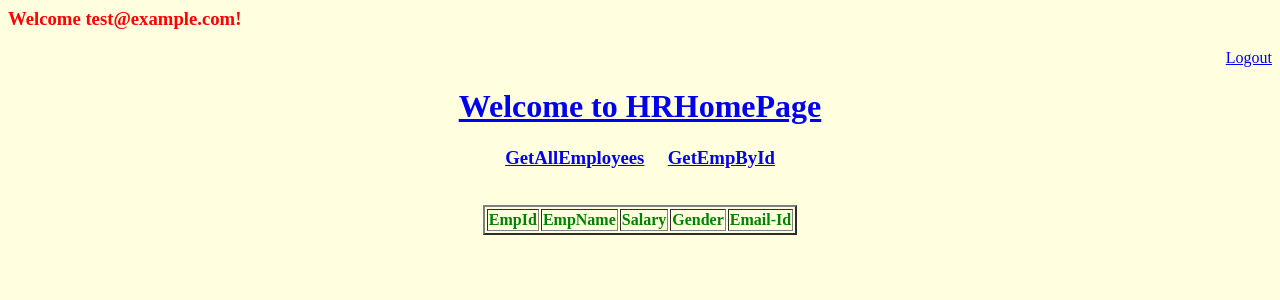
Repository: rajeshyadav3/Advjava
Page: http://localhost/EmpWebApp/GetAllEmps
An editor plug-in stored every save of this project. The page is shown before and after the next save, followed by the edit.
The browser window is 1280 px wide. The pictures show the whole page.
The page is served by Tomcat 9. The session is filled in as if someone had signed in: {"emailId": "test@example.com", "emp": 1}. Other server files are loaded and not shown. Queries for data that is not in the repository find no rows.

Above is the page before, as saved 2024-01-08 11:43:26.

### workspace2/EmpWebApp/src/com/web/GetAllEmps.java
package com.web;

import java.io.IOException;
import java.io.PrintWriter;
import java.util.List;

import javax.servlet.RequestDispatcher;
import javax.servlet.ServletException;
import javax.servlet.annotation.WebServlet;
import javax.servlet.http.HttpServlet;
import javax.servlet.http.HttpServletRequest;
import javax.servlet.http.HttpServletResponse;

import com.dao.EmployeeDAO;
import com.dto.Employee;


@WebServlet("/GetAllEmps")
public class GetAllEmps extends HttpServlet {

	protected void doGet(HttpServletRequest request, HttpServletResponse response) throws ServletException, IOException {

		response.setContentType("text/html");
		PrintWriter out = response.getWriter();

		EmployeeDAO empDao = new EmployeeDAO();
		List<Employee> empList = empDao.getAllEmployees();

		RequestDispatcher rd = request.getRequestDispatcher("HRHomePage");
		rd.include(request, response);

		out.println("<center>");

		if (empList != null) {

			out.println("<table border=2>");

			out.println("<tr>");
			out.println("<th>EmpId</th>");
			out.println("<th>EmpName</th>");
			out.println("<th>Salary</th>");
			out.println("<th>Gender</th>");
			out.println("<th>Email-Id</th>");
			out.println("</tr>");

			for (Employee emp : empList) {
				out.println("<tr>");
				out.println("<td>" + emp.getEmpId()   + "</td>");
				out.println("<td>" + emp.getEmpName() + "</td>");
				out.println("<td>" + emp.getSalary()  + "</td>");
				out.println("<td>" + emp.getGender()  + "</td>");
				out.println("<td>" + emp.getEmailId() + "</td>");
				out.println("</tr>");
			}

			out.println("</table>");

		} else {
			out.println("<h1 style='color:red;'>Unable to Fetch the Employee Record(s)!!!</h1>");
		}
		out.println("</center>");
	}






	protected void doPost(HttpServletRequest request, HttpServletResponse response) throws ServletException, IOException {

		doGet(request, response);
	}

}

### workspace2/EmpWebApp/src/com/dao/EmployeeDAO.java
package com.dao;

import java.sql.Connection;
import java.sql.PreparedStatement;
import java.sql.ResultSet;
import java.sql.SQLException;
import java.util.ArrayList;
import java.util.List;

import com.db.DbConnection;
import com.dto.Employee;

public class EmployeeDAO {

	public Employee empLogin(String emailId, String password) {
	    Connection con = DbConnection.getConnection();
	    PreparedStatement pst = null;
	    ResultSet rs = null;

	    String loginQuery = "SELECT * FROM emp WHERE emailId=? AND password=?";

	    try {
	        pst = con.prepareStatement(loginQuery);
	        pst.setString(1, emailId);
	        pst.setString(2, password);
	        rs = pst.executeQuery();

	        if (rs != null && rs.next()) {
	            Employee emp = new Employee();
	            emp.setEmpId(rs.getInt("empId"));
	            emp.setEmpName(rs.getString("empName"));
	            emp.setSalary(rs.getDouble("salary"));
	            emp.setGender(rs.getString("gender"));
	            emp.setEmailId(rs.getString("emailId"));
	            emp.setPassword(rs.getString("password"));
	            return emp;
	        }

	    } catch (SQLException e) {
	        e.printStackTrace();
	    } finally {
	        if (con != null) {
	            try {
	                if (rs != null) {
	                    rs.close();
	                }
	                if (pst != null) {
	                    pst.close();
	                }
	                con.close();
	            } catch (SQLException e) {
	                e.printStackTrace();
	            }
	        }
	    }

	    return null;
	}

	public List<Employee> getAllEmployees() {

		Connection con = DbConnection.getConnection();
		PreparedStatement pst = null;
		ResultSet rs = null;
		List<Employee> empList = null;

		String selectQuery = "Select * from emp";


		try {
			pst = con.prepareStatement(selectQuery);
			rs = pst.executeQuery();

			empList = new ArrayList<Employee>();

			while (rs.next()) {
				Employee emp = new Employee();

				emp.setEmpId(rs.getInt(1));
				emp.setEmpName(rs.getString(2));
				emp.setSalary(rs.getDouble(3));
				emp.setGender(rs.getString(4));
				emp.setEmailId(rs.getString(5));
				emp.setPassword(rs.getString(6));

				empList.add(emp);
			}

		} catch (SQLException e) {
			e.printStackTrace();
		}

		finally {
			if (con != null) {
				try {
					rs.close();
					pst.close();
					con.close();
				} catch (SQLException e) {
					e.printStackTrace();
				}
			}
		}

		return empList;


	}

	public int registerEmployee(Employee emp) {

		Connection con = DbConnection.getConnection();
		PreparedStatement pst = null;

		String insertQuery = "insert into emp " +
		"(empName, salary, gender, emailId, password) values (?, ?, ?, ?, ?)";

		try {
			pst = con.prepareStatement(insertQuery);

			pst.setString(1, emp.getEmpName());
			pst.setDouble(2, emp.getSalary());
			pst.setString(3, emp.getGender());
			pst.setString(4, emp.getEmailId());
			pst.setString(5, emp.getPassword());

			return pst.executeUpdate();

		} catch (SQLException e) {
			e.printStackTrace();
		}

		finally {
			if (con != null) {
				try {
					pst.close();
					con.close();
				} catch (SQLException e) {
					e.printStackTrace();
				}
			}
		}

		return 0;



	}

	public Employee getEmployeeById(int empId) {

		Connection con = DbConnection.getConnection();
		PreparedStatement pst = null;
		ResultSet rs = null;

		String selectQuery = "Select * from emp where empId=?";


		try {
			pst = con.prepareStatement(selectQuery);
			pst.setInt(1, empId);
			rs = pst.executeQuery();

			if (rs.next()) {

				Employee emp = new Employee();

				emp.setEmpId(rs.getInt(1));
				emp.setEmpName(rs.getString(2));
				emp.setSalary(rs.getDouble(3));
				emp.setGender(rs.getString(4));
				emp.setEmailId(rs.getString(5));
				emp.setPassword(rs.getString(6));

				return emp;
			}

		} catch (SQLException e) {
			e.printStackTrace();
		}

		finally {
			if (con != null) {
				try {
					rs.close();
					pst.close();
					con.close();
				} catch (SQLException e) {
					e.printStackTrace();
				}
			}
		}

		return null;
	}


}

### workspace2/EmpWebApp/src/com/db/DbConnection.java
package com.db;

import java.sql.Connection;
import java.sql.DriverManager;
import java.sql.SQLException;

public class DbConnection {

	public static Connection getConnection() {

		Connection con = null;
		String url = "jdbc:mysql://localhost:3306/fsd57";

		try {
			Class.forName("com.mysql.cj.jdbc.Driver");
			con = DriverManager.getConnection(url, "root", "root");
		} catch (ClassNotFoundException | SQLException e) {
			e.printStackTrace();
		}


		return con;
	}

}

### workspace2/EmpWebApp/WebContent/HRHomePage.jsp
<%@ page language="java" contentType="text/html; charset=ISO-8859-1"
    pageEncoding="ISO-8859-1"%>
<!DOCTYPE html PUBLIC "-//W3C//DTD HTML 4.01 Transitional//EN" "http://www.w3.org/TR/html4/loose.dtd">
<html>
<head>
<meta http-equiv="Content-Type" content="text/html; charset=ISO-8859-1">
<title>Insert title here</title>
</head>
<body bgcolor='lightyellow' text='green'>

		<% String emailId = (String) session.getAttribute("emailId"); %>

		<h3 style='color:red;'>Welcome <%= emailId %>!</h3>

		<form align="right">
			<a href="HRHomePage.jsp">Home</a> &nbsp;
			<a href="Logout">Logout</a>
		<form>

		<center>
		<h1>Welcome to HRHomePage</h1>

		<h3><a href='GetAllEmps'>GetAllEmployees</a> &nbsp; &nbsp;
		<a href='GetEmpById.html'>GetEmpById</a>
		</h3> <br/>

		</center>

</body>
</html>

After the next save:
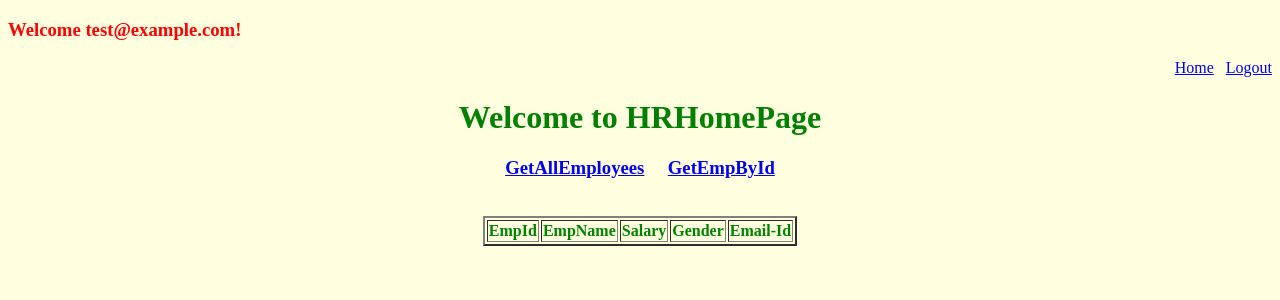
Saved 3 s later.
--- a/workspace2/EmpWebApp/src/com/web/GetAllEmps.java
+++ b/workspace2/EmpWebApp/src/com/web/GetAllEmps.java
@@ -26,7 +26,7 @@ public class GetAllEmps extends HttpServlet {
 		EmployeeDAO empDao = new EmployeeDAO();
 		List<Employee> empList = empDao.getAllEmployees();
 
-		RequestDispatcher rd = request.getRequestDispatcher("HRHomePage");
+		RequestDispatcher rd = request.getRequestDispatcher("HRHomePage.jsp");
 		rd.include(request, response);
 
 		out.println("<center>");
